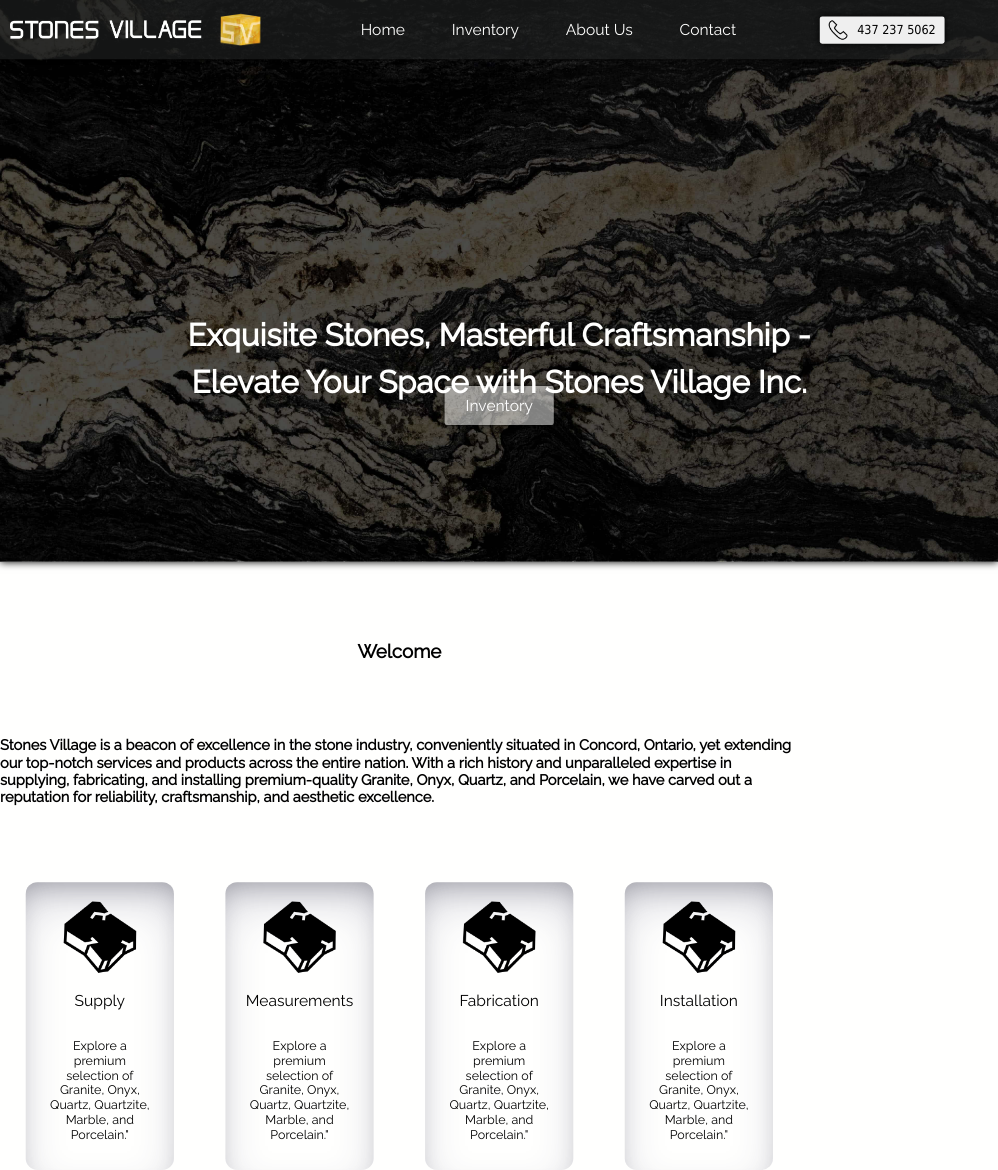
Repository: shayanabedi98/Stones-Village
Page: index.html
These files come from the project's save history. The page is drawn as it stood at one moment and after the next save; the edit follows.
The browser window is 1280 px wide. The pictures show the whole page, at 78% of full size.
Backgrounds fixed to the window are drawn as part of the page.

Above is the page before, as saved 2023-10-22 16:58:45.

After the next save:
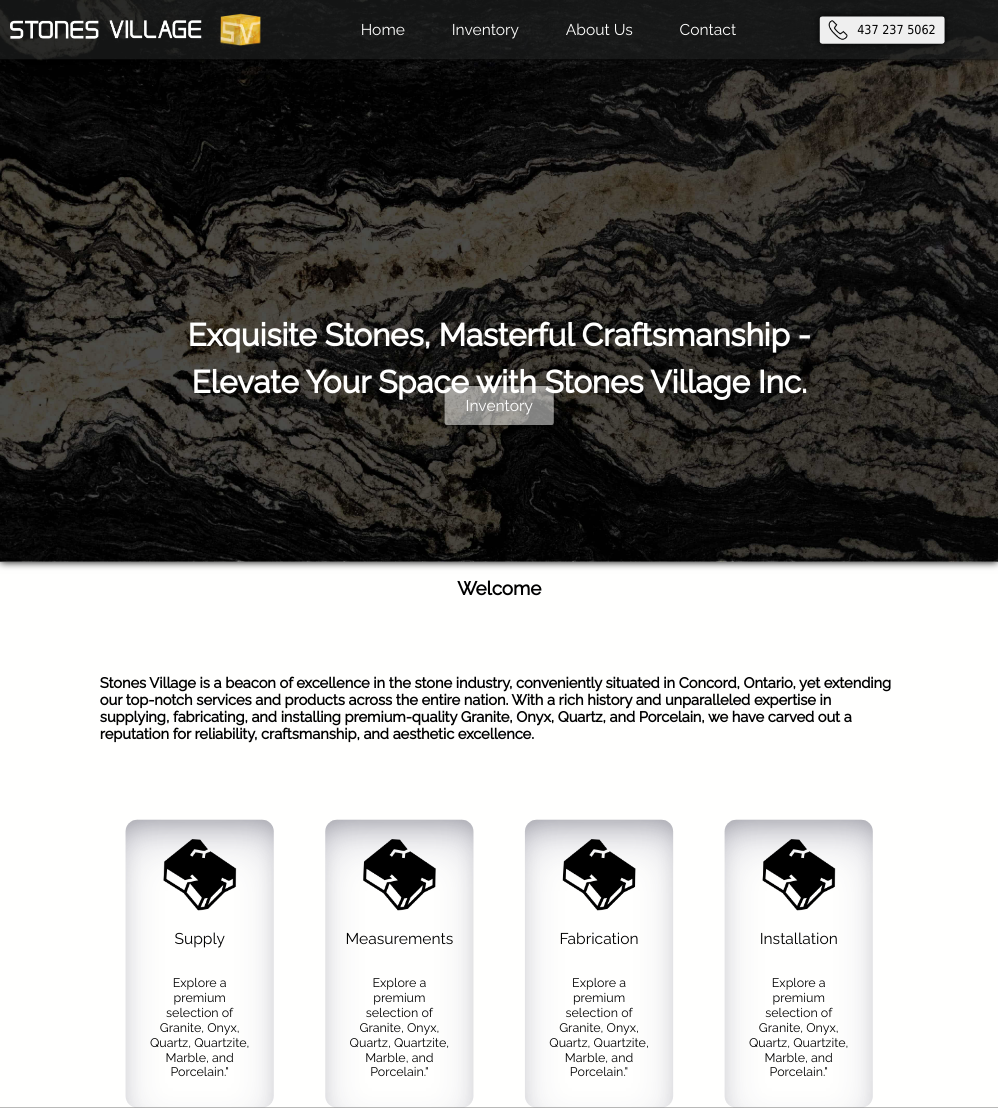
Saved 41 s later.
--- a/styles.css
+++ b/styles.css
@@ -159,6 +159,10 @@ body {
     width: 80%;
 }
 
+.services-container, .card-container {
+    margin: 0 auto;
+}
+
 .services-container h2, h3 {
     display: grid;
     justify-items: center;
